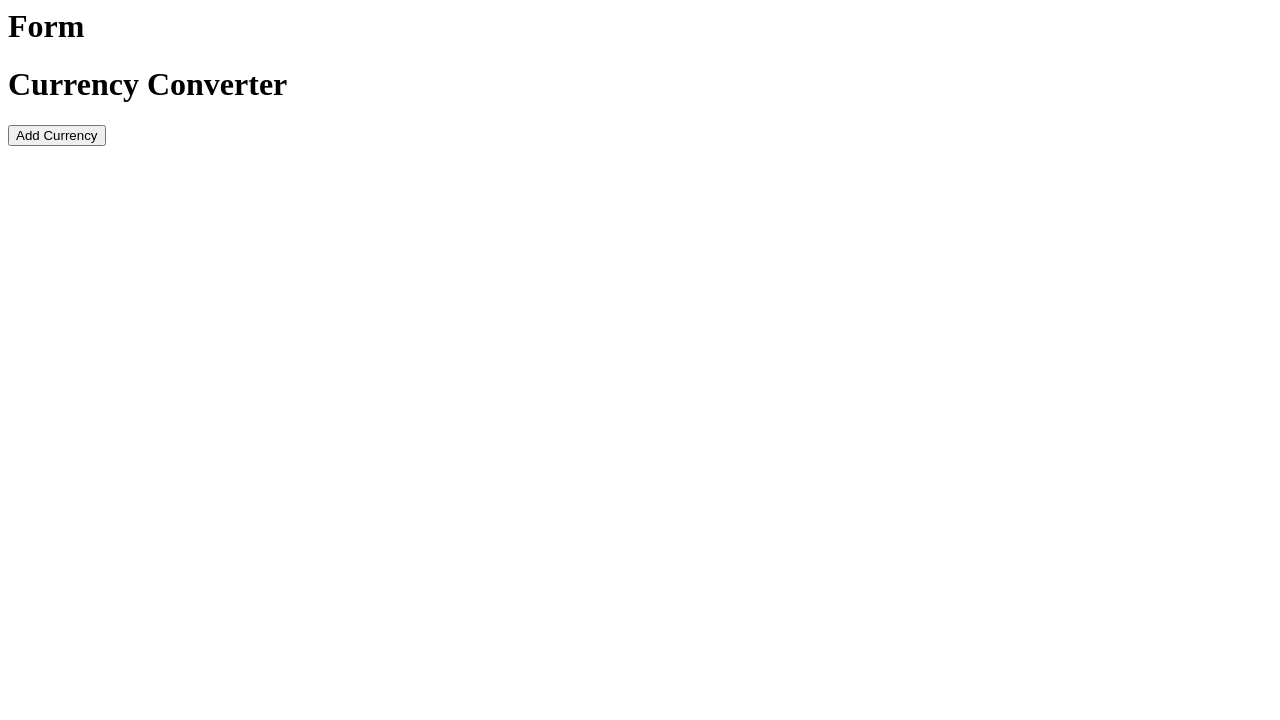
Repository: Sp4ngl3r/Currency-Converter
Page: currenct.html
The author's editor kept a copy of each file at every save. The page is drawn from the files as they stood at one save, then again after the next save.
The browser window is 1280 px wide. The pictures show the whole page.

Above is the page before, as saved 2020-04-18 17:07:49.

After the next save:
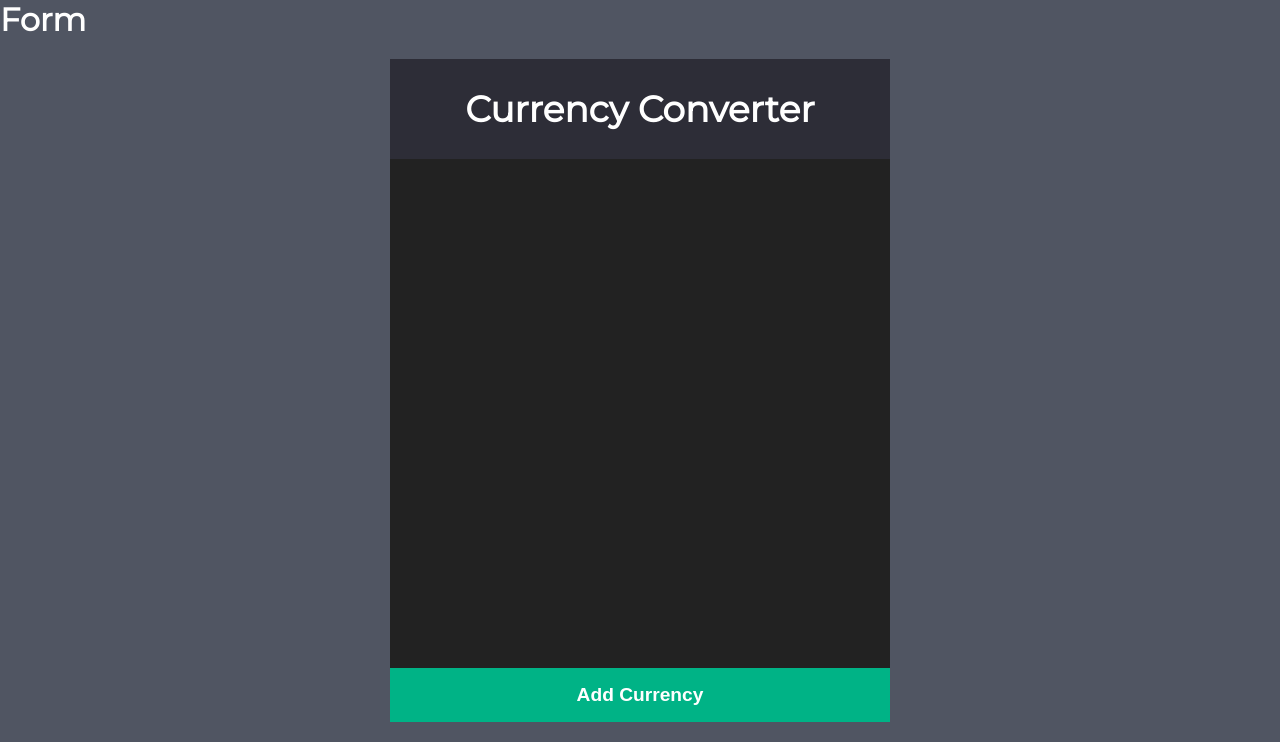
Console error: TypeError: Cannot read properties of null (reading 'addEventListener')
Saved 77 s later.
--- a/currenct.html
+++ b/currenct.html
@@ -1,6 +1,8 @@
 <html>
   <head>
     <title>Form</title>
+    <script src="currency.js"></script>
+    <link rel="stylesheet" href="currency.css" />
   </head>
   <body>
     <h1>Form</h1>
